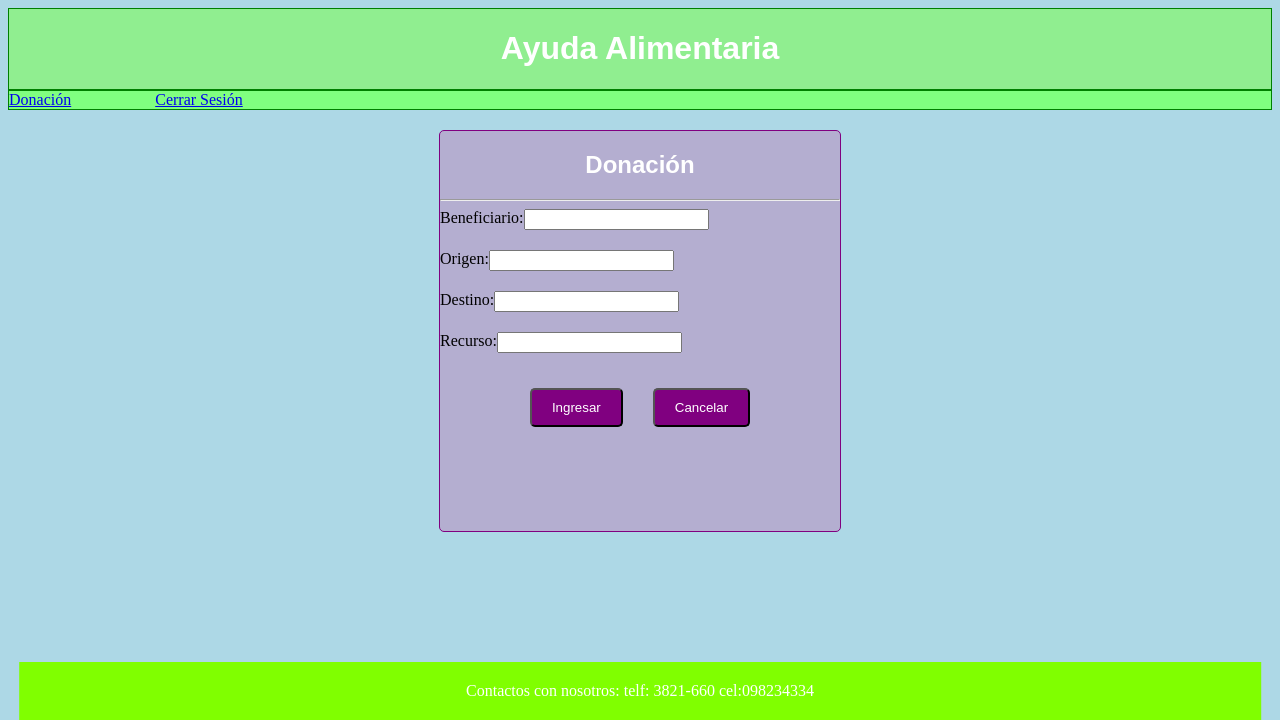
Repository: sonicspeed1/examen1_codigo_bryansantillan
Page: http://localhost/examen_1_bryan_santillan/donacion.jsp
An editor plug-in stored every save of this project. The page is shown before and after the next save, followed by the edit.
The browser window is 1280 px wide. The pictures show the whole page.
The page is served by Tomcat 9.

Above is the page before, as saved 2024-05-29 14:22:45.

After the next save:
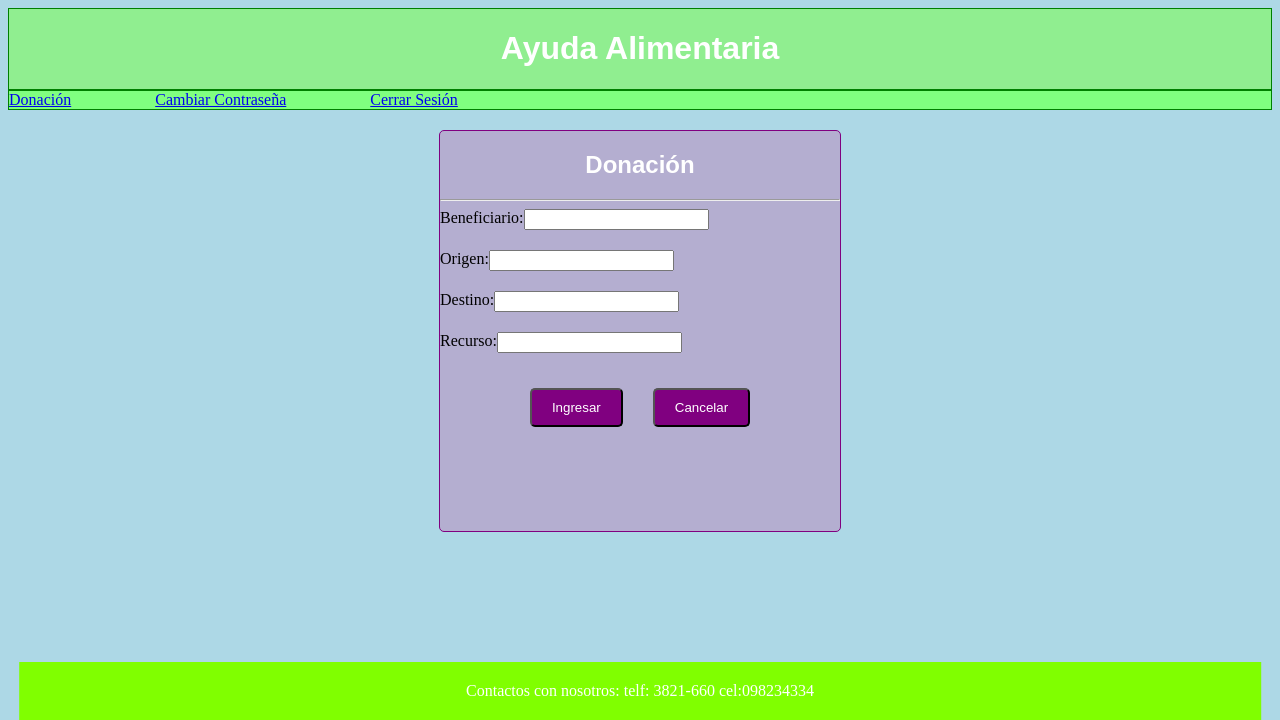
Saved 85 s later.
--- a/examen_1_bryan_santillan/src/main/webapp/donacion.jsp
+++ b/examen_1_bryan_santillan/src/main/webapp/donacion.jsp
@@ -39,11 +39,11 @@
 %>
 
 <!DOCTYPE html>
-<html>
+<html lang="es">
 <head>
     <meta charset="UTF-8">
     <title>Donación</title>
-    <link href="estilos.css" rel="stylesheet"/>
+    <link href="style.css" rel="stylesheet"/>
 </head>
 <body class="cuerpo">
     <div class="cuadro">
@@ -52,6 +52,7 @@
     <nav>
         <ul class="menu">
             <li class="item"><a href="donacion.jsp">Donación</a></li>
+            <li class="item"><a href="cambiar_contraseña.jsp">Cambiar Contraseña</a></li>
             <li class="item"><a href="cerrar_sesion.jsp">Cerrar Sesión</a></li>
         </ul>
     </nav>
